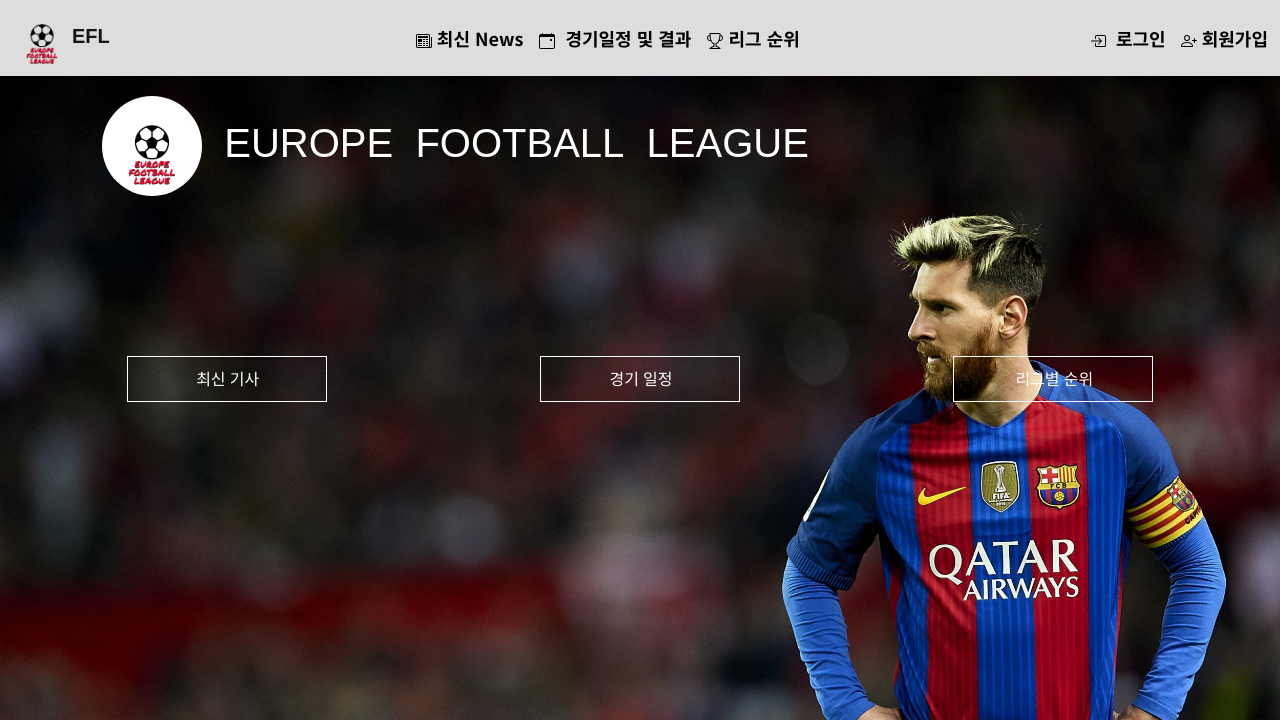
Repository: kylekimkim/uefa_project
Page: http://localhost/index
These files come from the project's save history. The page is drawn as it stood at one moment and after the next save; the edit follows.
The browser window is 1280 px wide. The pictures show the whole page.
Some web fonts or font styles are not loaded; a fallback is used. The page is this project's Thymeleaf template; nobody is signed in. The template is opened directly, without the code that normally fills it, so the values that code supplies are empty.

Above is the page before, as saved 2022-07-22 08:18:42.

After the next save:
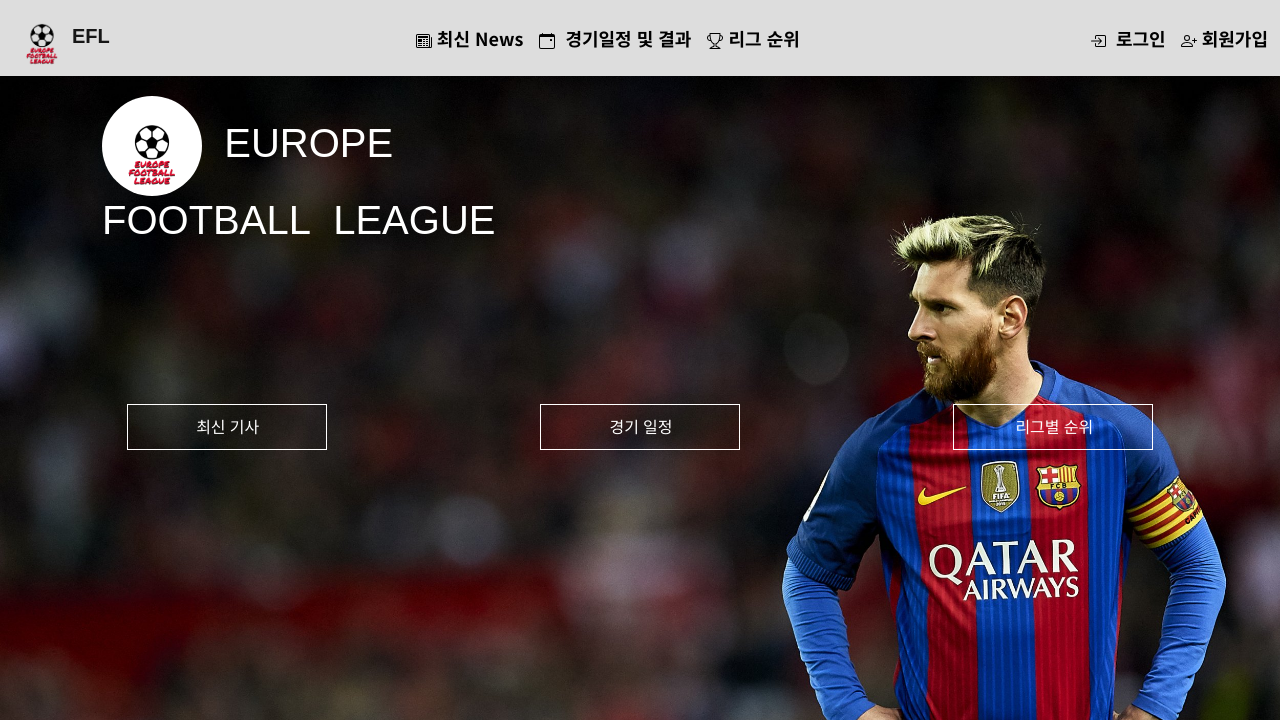
Saved 19 s later.
--- a/uefa_project/src/main/resources/templates/index.html
+++ b/uefa_project/src/main/resources/templates/index.html
@@ -43,7 +43,7 @@
 	<body>
 		<header th:insert="header_nav.html"></header>
 		<div class="container">
-			<h1 style="color:white; margin:20px; font-family:'Mochiy Pop One', sans-serif;"><img class="logo" src="/img/logo.png" alt="league_image"> &nbsp;EUROPE&nbsp; FOOTBALL&nbsp; LEAGUE</h1>
+			<h1 style="color:white; margin:20px; font-family:'Mochiy Pop One', sans-serif;"><img class="logo" src="/img/logo.png" alt="league_image"> &nbsp;EUROPE&nbsp; <br>FOOTBALL&nbsp; LEAGUE</h1>
 		</div>
 		<br><br><br><br><br>
 		<div class="menuList">
